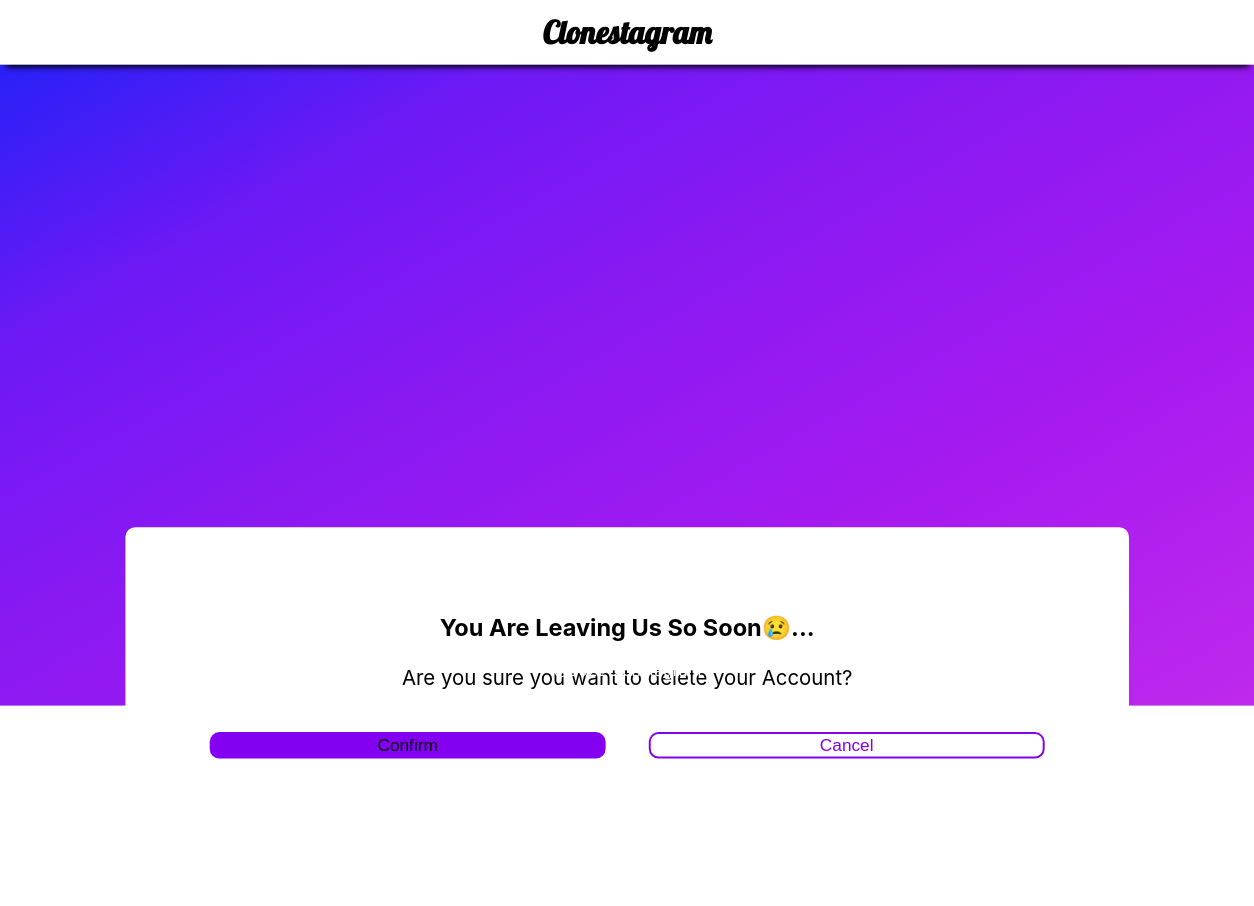
Repository: MikeMoore55/clonestagram
Page: /delaccount
These files come from the project's save history. The page is drawn as it stood at one moment and after the next save; the edit follows.
The browser window is 1280 px wide. The pictures show the whole page, at 98% of full size.
The page's requests for data from a server got no answer. The project was rebuilt for these pictures with package versions that can differ from the ones it lists, and the page was loaded fresh each time. The framework's server and built-in components were replaced by stand-ins that run in the browser. No one was signed in, and anything a server would have sent is missing. Also part of the build but not shown: next.config.js.

Above is the page before, as saved 2022-11-24 09:12:05.

After the next save:
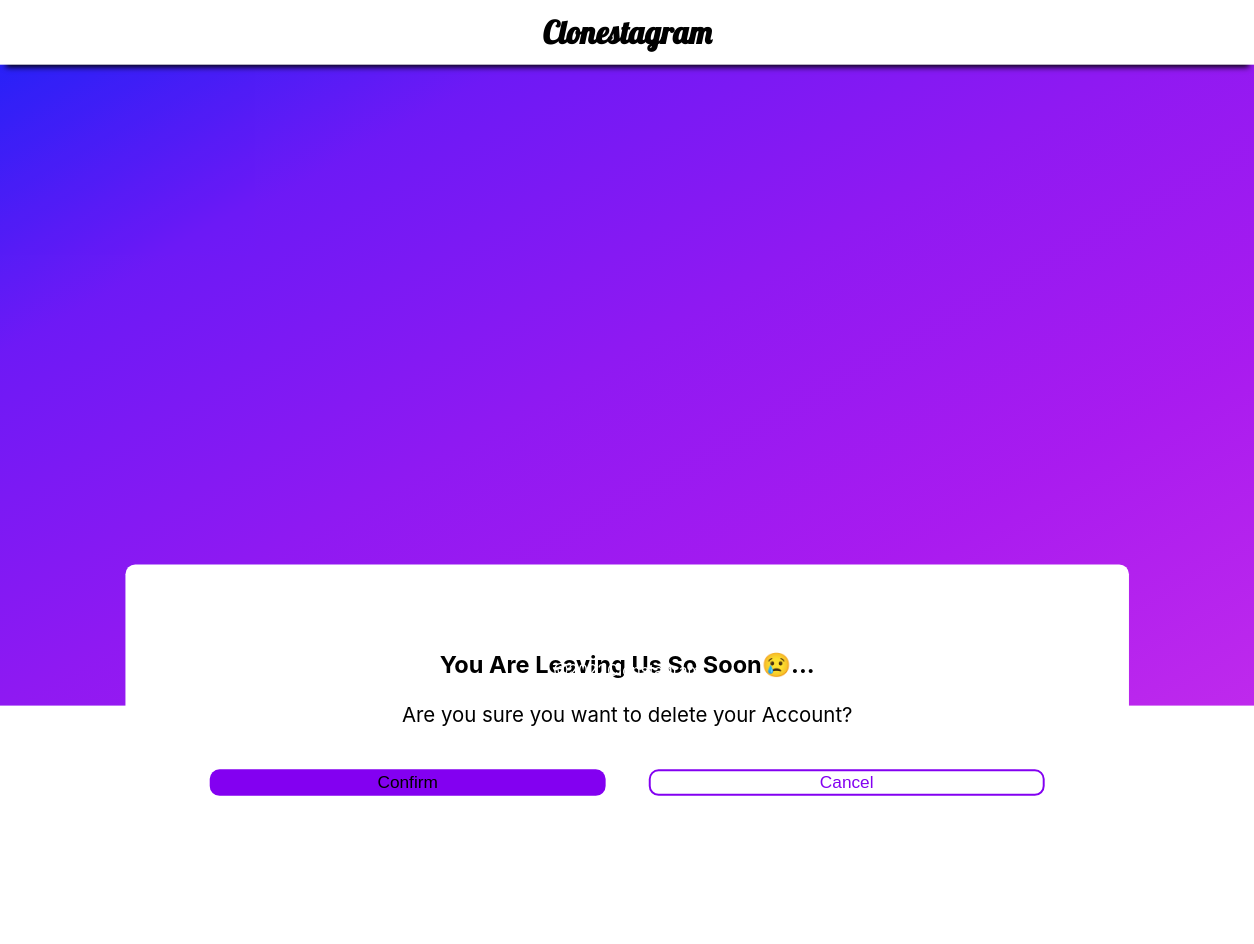
Saved 11 s later.
--- a/styles/DelAccount.module.css
+++ b/styles/DelAccount.module.css
@@ -1,7 +1,7 @@
 .container {
     position: relative;
     width: 100%;
-    padding-top: 22%;
+    padding-top: 25%;
 }
 
 .block {
